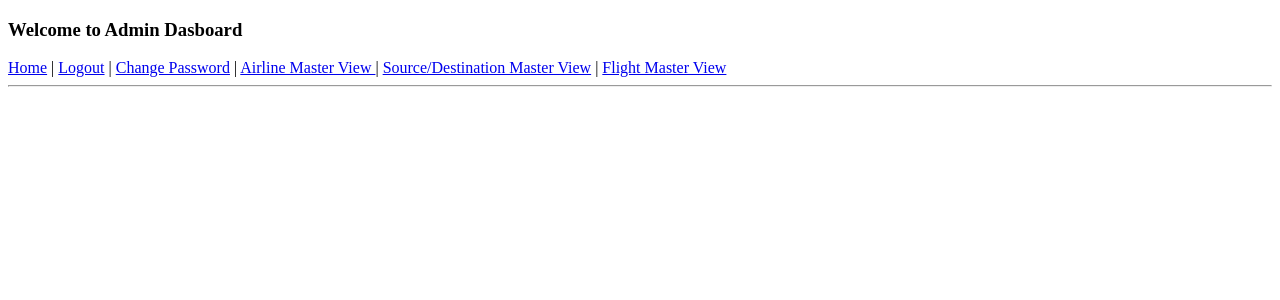
Repository: tuskhillare/FlyAway-1.0-
Page: http://localhost/FlyAway/Dashboard.jsp
These files come from the project's save history. The page is drawn as it stood at one moment and after the next save; the edit follows.
The browser window is 1280 px wide. The pictures show the whole page.
The page is served by Tomcat 9. Other server files are loaded and not shown.

Above is the page before, as saved 2021-10-02 05:25:13.

### Source Code/FlyAway/src/main/webapp/Dashboard.jsp
<!DOCTYPE html>
<html>
<head>
<meta charset="ISO-8859-1">
<title>Admin Dashboard</title>
</head>
<body>
    <h3>Welcome to Admin Dasboard</h3>
	<a href="index.jsp">Home</a> |
	<a href="index.jsp">Logout</a> |
	<a href="ChangePassword.jsp">Change Password</a> |
	<a href="SeeAllFlights">Airline Master View </a> |
	<a href="SourceDestination">Source/Destination Master View</a> |
	<a href="ListFlights">Flight Master View</a><br/>
	<hr>
</body>
</html>

After the next save:
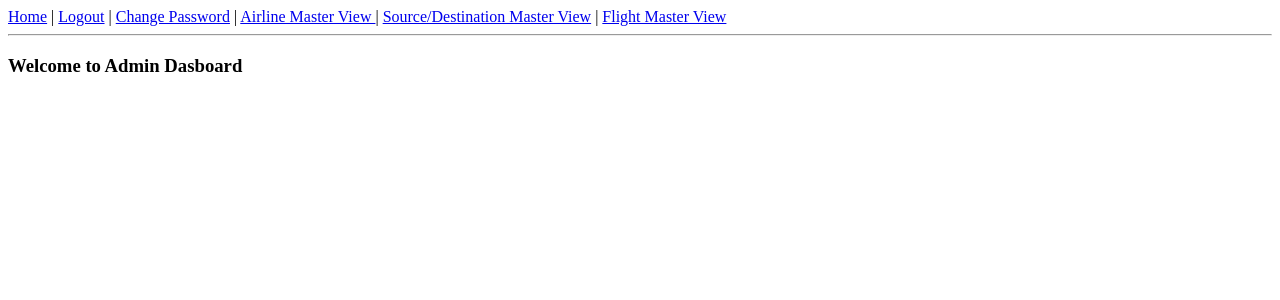
Saved 35 s later.
--- a/Source Code/FlyAway/src/main/webapp/Dashboard.jsp
+++ b/Source Code/FlyAway/src/main/webapp/Dashboard.jsp
@@ -5,13 +5,13 @@
 <title>Admin Dashboard</title>
 </head>
 <body>
-    <h3>Welcome to Admin Dasboard</h3>
-	<a href="index.jsp">Home</a> |
+    <a href="index.jsp">Home</a> |
 	<a href="index.jsp">Logout</a> |
 	<a href="ChangePassword.jsp">Change Password</a> |
 	<a href="SeeAllFlights">Airline Master View </a> |
 	<a href="SourceDestination">Source/Destination Master View</a> |
 	<a href="ListFlights">Flight Master View</a><br/>
 	<hr>
+	<h3>Welcome to Admin Dasboard</h3>
 </body>
 </html>
